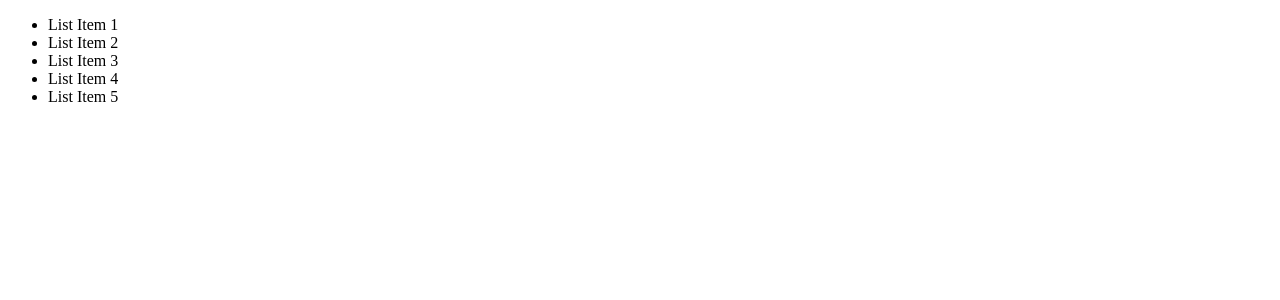
Repository: PankajSutharPersistent/vm-backup
Page: workspaceJavaScript/DemoJQuery/index.html
These files come from the project's save history. The page is drawn as it stood at one moment and after the next save; the edit follows.
The browser window is 1280 px wide. The pictures show the whole page.

Above is the page before, as saved 2017-01-02 04:36:54.

### workspaceJavaScript/DemoJQuery/index.html
<!DOCTYPE HTML PUBLIC "-//W3C//DTD HTML 4.01 Transitional//EN"
"http://www.w3.org/TR/html4/loose.dtd">
<html xmlns="http://www.w3.org/1999/xhtml">
    <head>
        <meta http-equiv="Content-Type" content="text/html; charset=utf-8" />
        <title>New Web Project</title>
        <script src="lib/jquery-3.1.1.js" type="text/javascript" charset="utf-8"></script>
        	<script type="text/javascript" charset="utf-8">

			jQuery(function(){
					alert("Hi");
				});
			</script>


        </script>
    </head>
    <body>
       <ul>
       	<li class="items">List Item 1</li>
       	<li class="items">List Item 2</li>
       	<li class="items">List Item 3</li>
       	<li class="items">List Item 4</li>
       	<li class="items">List Item 5</li>
       </ul>
   </body>
</html>

Loaded but not shown: workspaceJavaScript/DemoJQuery/lib/jquery-3.1.1.js (library)

After the next save:
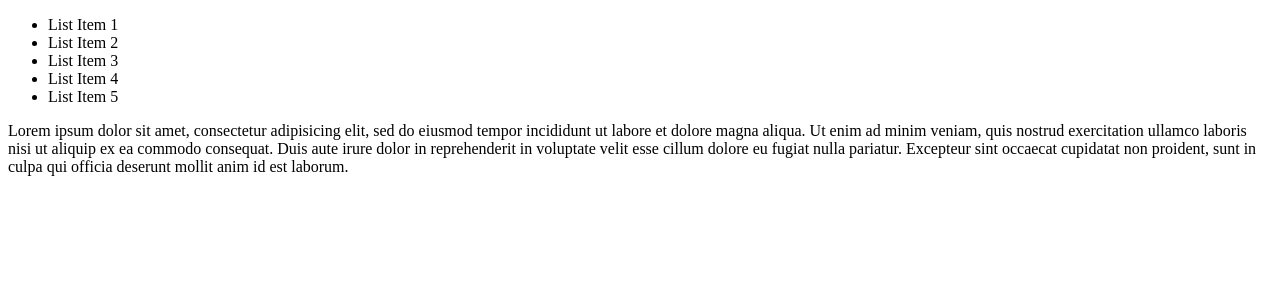
Saved 56 s later.
--- a/workspaceJavaScript/DemoJQuery/index.html
+++ b/workspaceJavaScript/DemoJQuery/index.html
@@ -23,5 +23,7 @@
        	<li class="items">List Item 4</li>
        	<li class="items">List Item 5</li>
        </ul>
+       <p>Lorem ipsum dolor sit amet, consectetur adipisicing elit, sed do eiusmod tempor incididunt ut labore et dolore magna aliqua. Ut enim ad minim veniam, quis nostrud exercitation ullamco laboris nisi ut aliquip ex ea commodo consequat. Duis aute irure dolor in reprehenderit in voluptate velit esse cillum dolore eu fugiat nulla pariatur. Excepteur sint occaecat cupidatat non proident, sunt in culpa qui officia deserunt mollit anim id est laborum.</p>
+
    </body>
 </html>
